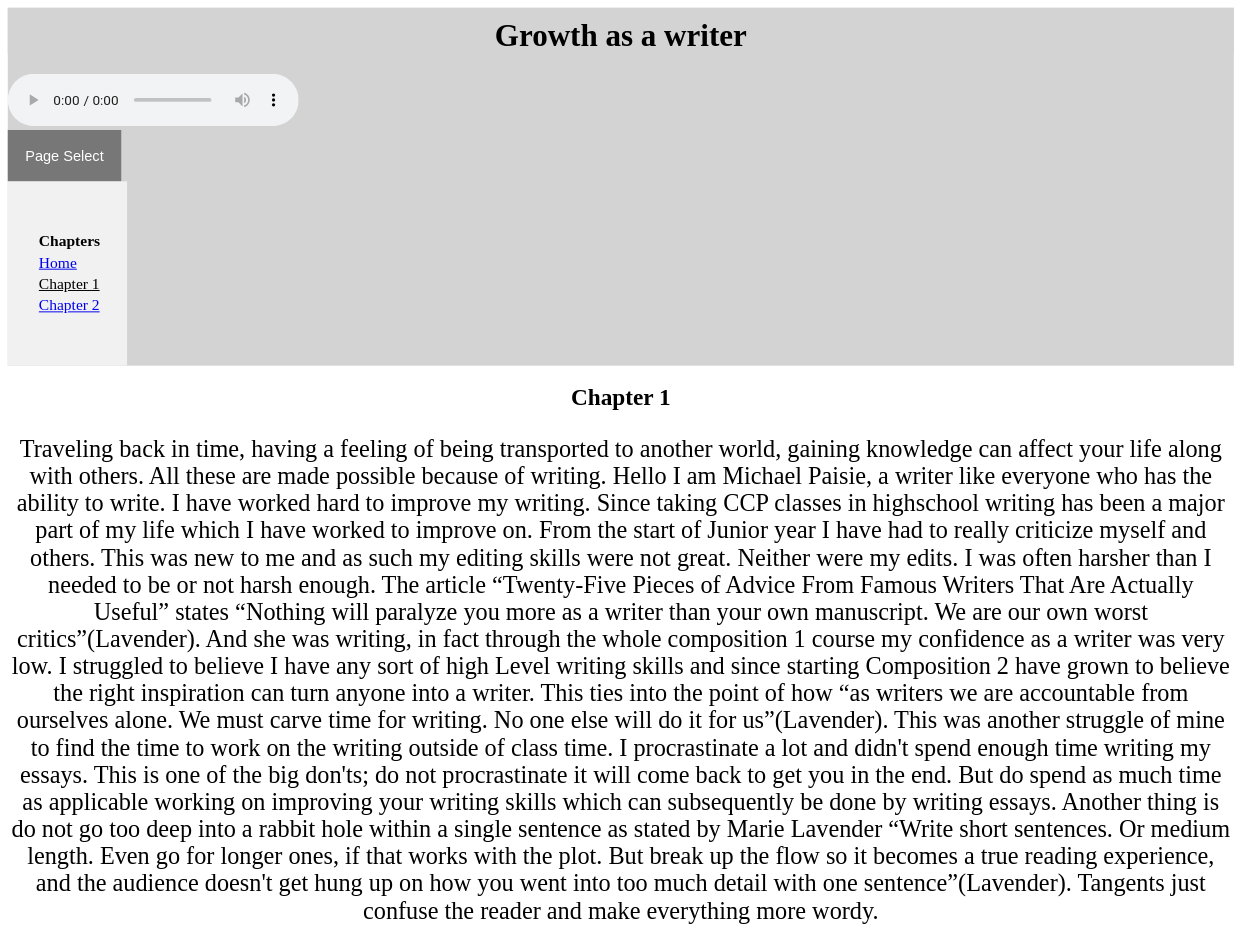
Repository: jpaisiem/WP-4
Page: Chapter1.html
The author's editor kept a copy of each file at every save. The page is drawn from the files as they stood at one save, then again after the next save.
The browser window is 1280 px wide. The pictures show the whole page, at 97% of full size.

Above is the page before, as saved 2025-05-01 11:35:08.
Console error: TypeError: Cannot read properties of undefined (reading 'toggle')

### Chapter1.html
<!DOCTYPE html>
<html>
<head>
<meta name="viewport" content="width=device-width, initial-scale=1">
<style>
.collapsible {
  background-color: #777;
  color: white;
  cursor: pointer;
  padding: 18px;
  width: fit-content;
  border: none;
  text-align: left;
  outline: none;
  font-size: 15px;
}

.active, .collapsible:hover {
  background-color: #555;
}

.content {
  display: flex;
  flex-direction: column;
  overflow: hidden;
  background-color: #f1f1f1;
  width: fit-content;
  height: fit-content;
  padding-left: 2.3%;
  padding-right: 2%;
}
p
{
 font-size: 25px;
}
</style>
<title>Growth as a writer - Chapter 1</title>
</head>
<body>
    <div style="background-color: lightgray; display: flex; flex-direction: column; margin-top: 0%;">
        <h1 style="text-align: center; background-color: lightgray; padding-top: 10px; margin-top: 0%;">Growth as a writer</h1>
         <div style="align-items: center;">
        <audio controls>
            <source src="audio.mp3" type="audio/mpeg">
        </audio>
        </div>
<button type="button" class="collapsible">Page Select</button>
<div class="content">
  <p><table>
    <tr>
        <th>Chapters</th>
    </tr>
    <tr>
        <td><a href="index.html">Home</a></td>
    </tr>
    <tr>
        <td><a href="Chapter1.html" style="color: black;">Chapter 1</a></td>
    </tr>
     <tr>
        <td><a href="Chapter2.html">Chapter 2</a></td>
    </tr>
  </table></p>
</div>
    </div>
<div style="text-align: center;">
     <h2 style="text-align: center;">Chapter 1</h2>
     <p>Traveling back in time, having a feeling of being transported to another world, gaining knowledge can affect your life along with others.
      All these are made possible because of writing. Hello I am Michael Paisie, a writer like everyone who has the ability to write.
      I have worked hard to improve my writing. Since taking CCP classes in highschool writing has been a major part of my life which I have worked to improve on.
      From the start of Junior year I have had to really criticize myself and others. This was new to me and as such my editing skills were not great.
      Neither were my edits. I was often harsher than I needed to be or not harsh enough.
      The article <q>Twenty-Five Pieces of Advice From Famous Writers That Are Actually Useful</q> states <q>Nothing will paralyze you more as  a writer than your own manuscript.
      We are our own worst critics</q>(Lavender). And she was writing, in fact through the whole composition 1 course my confidence as a writer was very low.
      I struggled to believe  I have any sort of high Level writing skills and since starting Composition 2 have grown to believe the right inspiration can turn anyone into a writer.
      This ties into the point of how <q>as writers we are accountable from ourselves alone. We must carve time for writing. No one else will do it for us</q>(Lavender).
      This was another struggle of mine to find the time to work on the writing outside of class time. I procrastinate a lot and didn't spend enough time writing my essays.
      This is one of the big don'ts; do not procrastinate it will come back to get you in the end.
      But do spend as much time as applicable working on improving your writing skills which can subsequently be done by writing essays.
      Another thing is do not go too deep into a rabbit hole within a single sentence as stated by Marie Lavender “Write short sentences. Or medium length.
      Even go for longer ones, if that works with the plot.
      But break up the flow so it becomes a true reading experience, and the audience doesn't get hung up on how you went into too much detail with one sentence”(Lavender).
      Tangents just confuse the reader and make everything more wordy.</p>
</div>
<script>
var coll = document.getElementsByClassName("collapsible");
var i;

for (i = 0; i < coll.length; i++) {
  coll[i].addEventListener("click", function() {
    this.classList.toggle("active");
    var content = this.nextElementSibling;
    if (content.style.display === "block") {
      content.style.display = "none";
    } else {
      content.style.display = "block";
    }
  });
}
if(location.reload){
    this.classList.toggle("collapsible");
}
</script>

</body>
</html>

After the next save:
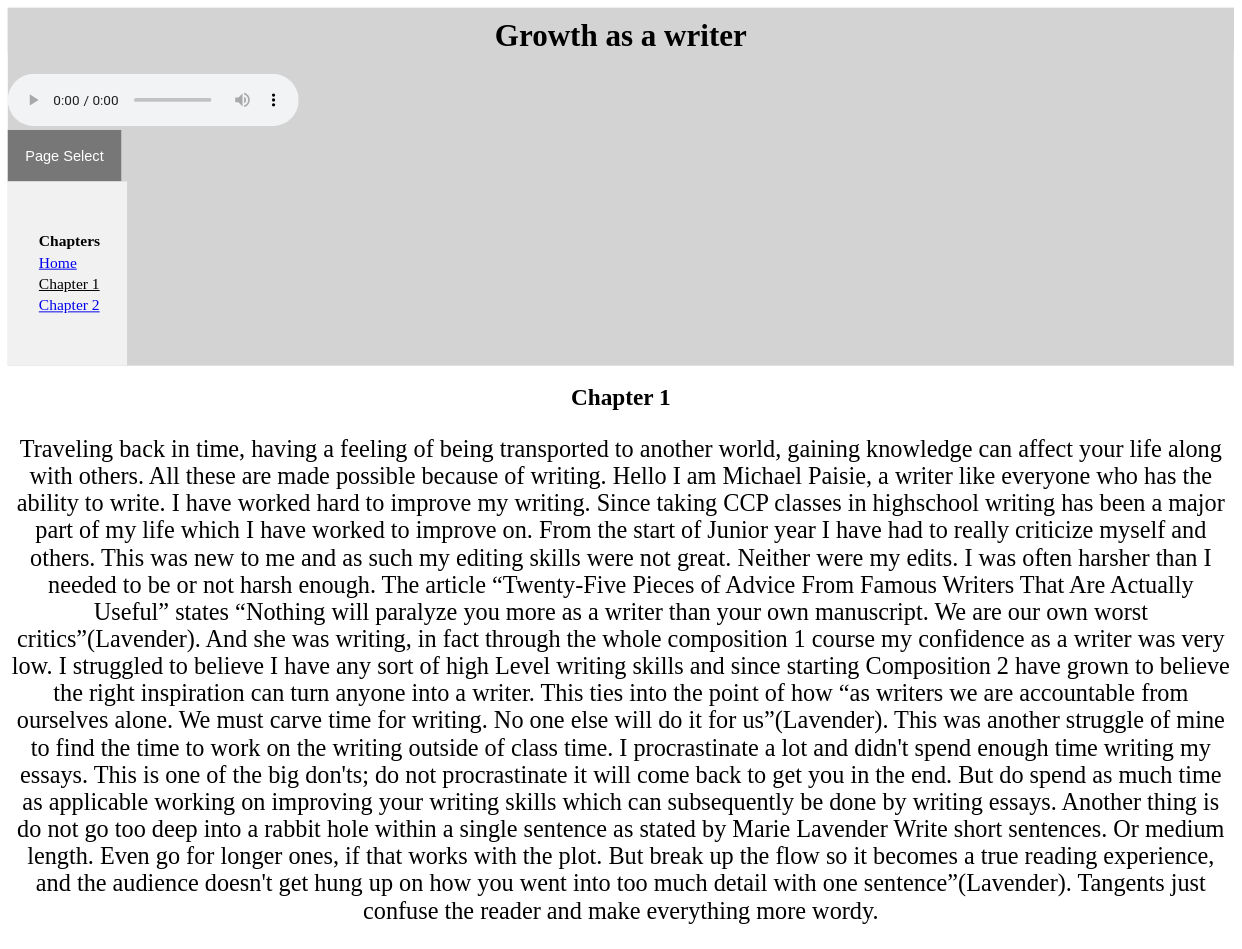
Saved 7 s later.
--- a/Chapter1.html
+++ b/Chapter1.html
@@ -76,7 +76,7 @@ p
       This was another struggle of mine to find the time to work on the writing outside of class time. I procrastinate a lot and didn't spend enough time writing my essays.
       This is one of the big don'ts; do not procrastinate it will come back to get you in the end.
       But do spend as much time as applicable working on improving your writing skills which can subsequently be done by writing essays.
-      Another thing is do not go too deep into a rabbit hole within a single sentence as stated by Marie Lavender “Write short sentences. Or medium length.
+      Another thing is do not go too deep into a rabbit hole within a single sentence as stated by Marie Lavender </q>Write short sentences. Or medium length.
       Even go for longer ones, if that works with the plot.
       But break up the flow so it becomes a true reading experience, and the audience doesn't get hung up on how you went into too much detail with one sentence”(Lavender).
       Tangents just confuse the reader and make everything more wordy.</p>

After the save that followed:
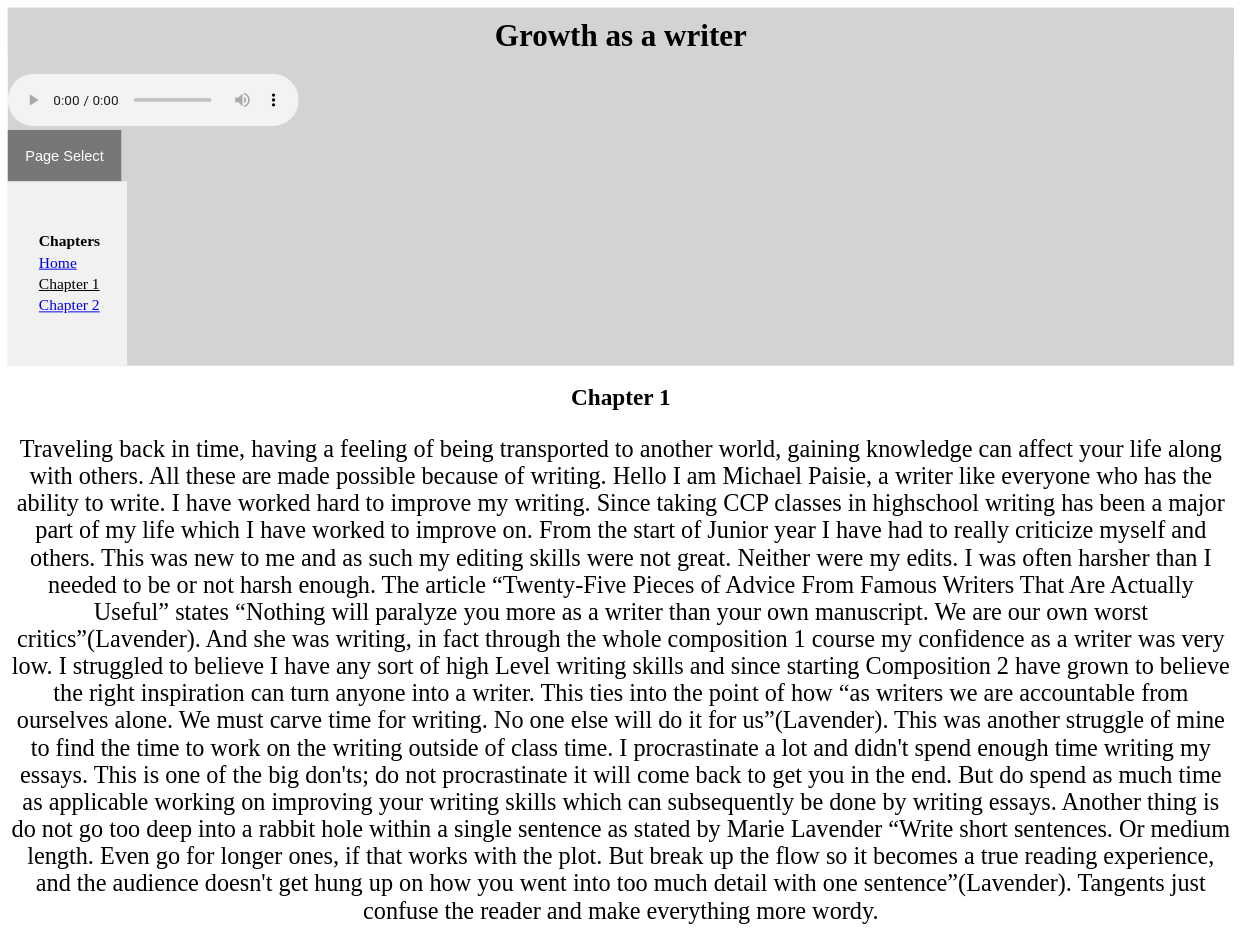
Saved 5 s later.
--- a/Chapter1.html
+++ b/Chapter1.html
@@ -76,9 +76,9 @@ p
       This was another struggle of mine to find the time to work on the writing outside of class time. I procrastinate a lot and didn't spend enough time writing my essays.
       This is one of the big don'ts; do not procrastinate it will come back to get you in the end.
       But do spend as much time as applicable working on improving your writing skills which can subsequently be done by writing essays.
-      Another thing is do not go too deep into a rabbit hole within a single sentence as stated by Marie Lavender </q>Write short sentences. Or medium length.
+      Another thing is do not go too deep into a rabbit hole within a single sentence as stated by Marie Lavender <q>Write short sentences. Or medium length.
       Even go for longer ones, if that works with the plot.
-      But break up the flow so it becomes a true reading experience, and the audience doesn't get hung up on how you went into too much detail with one sentence”(Lavender).
+      But break up the flow so it becomes a true reading experience, and the audience doesn't get hung up on how you went into too much detail with one sentence</q>(Lavender).
       Tangents just confuse the reader and make everything more wordy.</p>
 </div>
 <script>
